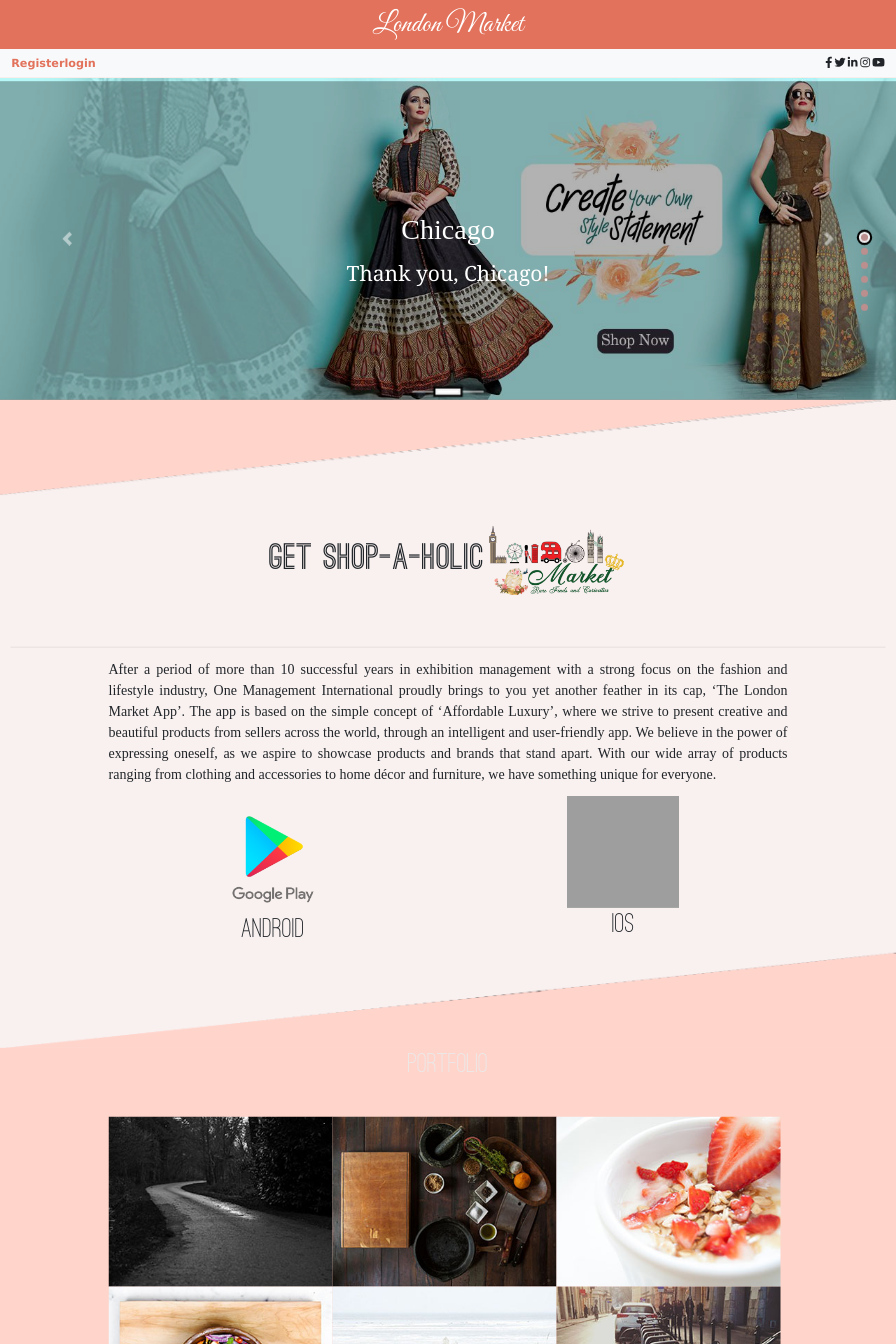
Repository: Demonster1999/newshoperrepo
Page: index.html
The author's editor kept a copy of each file at every save. The page is drawn from the files as they stood at one save, then again after a run of saves.
The browser window is 1280 px wide. The pictures show the part of the page from y = 0 to 1920 px (the page is 4088 px tall before and 4136 px after), at 70% of full size.
Pictures or frames that could not be fetched are drawn as grey boxes. Some web libraries are served in a nearby version.

Above is the page before, as saved 2020-07-21 13:17:30.
Console error: TypeError: Cannot read properties of null (reading 'getContext')

### index.html
<!DOCTYPE html>
<head>
	<meta charset="UTF-8">
	<title>London Market</title>
	<meta name="keywords" content="" />
	<meta name="description" content="" />
    <meta name="viewport" content="width=device-width, initial-scale=1.0">
    <!--
    	Roller Template
		http://www.london-market.com/preview/london-market_424_roller
	-->
	<link rel="stylesheet" href="https://fonts.googleapis.com/css2?family=Great+Vibes">
	<link href="http://fonts.googleapis.com/css?family=Open+Sans:300,400,700" rel="stylesheet" type="text/css">
	<!-- <link href="css/font-awesome.min.css" rel="stylesheet">FontAwesome Icons -->
	<link rel="stylesheet" href="https://cdnjs.cloudflare.com/ajax/libs/font-awesome/5.14.0/css/all.min.css"
		integrity="sha512-1PKOgIY59xJ8Co8+NE6FZ+LOAZKjy+KY8iq0G4B3CyeY6wYHN3yt9PW0XpSriVlkMXe40PTKnXrLnZ9+fkDaog=="
		crossorigin="anonymous" />
	<link rel="stylesheet" href="https://maxcdn.bootstrapcdn.com/bootstrap/4.0.0/css/bootstrap.min.css" integrity="sha384-Gn5384xqQ1aoWXA+058RXPxPg6fy4IWvTNh0E263XmFcJlSAwiGgFAW/dAiS6JXm" crossorigin="anonymous">
	<link rel="stylesheet" href="fonts/ostrich-sans.css">
	<link href="css/LondonMarket.css" rel="stylesheet" type="text/css">
	<link rel="stylesheet" href="css/into-to-app.css">
	<link rel="stylesheet" href="css/navbar.css">
	<link rel="stylesheet" href="css/carousel.css">

</head>
<body>
	<nav class="navbar custom-nav sticky-top p-0 m-0 ">
		<a class="navbar-brand mx-auto text-white" style="font-family: Great Vibes; font-size: 40px;" href="#">London Market</a>

	  </nav>

	<nav class="navbar third-nav navbar-expand-lg navbar-light bg-light">

		<button class="navbar-toggler navbar-toggler-icon" type="button" data-toggle="collapse" data-target="#navbarSupportedChontent"
			aria-controls="navbarSupportedContent" aria-expanded="false" aria-label="Toggle navigation">
			<span class=""></span>
		</button>


		<div class="collapse navbar-collapse" id="navbarSupportedContent">
			<ul class="navbar-nav mr-auto text-center">

				<li class="nav-item">
					<a class=" " href="#">Register</a>
				</li>
				<li class="nav-item ">
					<a class="" href="#">login</a>
				</li>


		</div>
		<div class="  mx-auto ">
			<!-- social icons  -->
			<button class="fab fa-facebook-f"></button>
			<button class="fab fa-twitter"></button>
			<button class="fab fa-linkedin-in"></button>
			<button class="fab fa-instagram"></button>
			<button class="fab fa-youtube"></button>
		</div>
	</nav>


	<!-- nav with dots  -->
	<nav class="nav">
        <ul>
            <li class="dot1 active" id="ec1" data-toggle="tooltip" data-placement="left" title="Tooltip on left"></li>
            <li class="dot2" id="ec2" data-toggle="tooltip" data-placement="left" title="Tooltip on left"></li>
            <li class="dot3" id="ec3"  data-toggle="tooltip" data-placement="left" title="Tooltip on left"></li>
			<li class="dot4" id="ec4"  data-toggle="tooltip" data-placement="left" title="Tooltip on left"></li>
			<li class="dot5" id="ec5"  data-toggle="tooltip" data-placement="left" title="Tooltip on left"></li>
			<li class="dot5" id="ec5"  data-toggle="tooltip" data-placement="left" title="Tooltip on left"></li>
        </ul>
    </nav>

		<section class="" id="home">
			<div id="demo" class="carousel slide" data-ride="carousel">
				<ul class="carousel-indicators">
					<li data-target="#demo" data-slide-to="0" class="active"></li>
					<li data-target="#demo" data-slide-to="1"></li>
					<li data-target="#demo" data-slide-to="2"></li>
					<!-- <li data-target="#demo" data-slide-to="3"></li> -->
				</ul>
				<div class="carousel-inner">
					<div class="carousel-item active">
						<img src="images/carousel/carousel1.jpg" alt="Los Angeles"   >
						<div class="carousel-caption">
							<h3>Los Angeles</h3>
							<p>We had such a great time in LA!</p>
						</div>
					</div>
					<div class="carousel-item">
						<img src="images/carousel/carousel4.jpg" alt="Chicago"  >
						<div class="carousel-caption">
							<h3>Chicago</h3>
							<p>Thank you, Chicago!</p>
						</div>
					</div>
					<div class="carousel-item">
						<img src="images/carousel/cp11.jpg" alt="Chicago" >
						<div class="carousel-caption">
							<h3>Chicago</h3>
							<p>Thank you, Chicago!</p>
						</div>
					</div>
					<!-- <div class="carousel-item">
						<img src="images/images/lmimages/Adobe_20200716_143015.png" alt="Chicago">
						<div class="carousel-caption">
							<h3>Chicago</h3>
							<p>Thank you, Chicago!</p>
						</div>
					</div> -->
					<!-- <div class="carousel-item">
						<img src="images/carousel/carousel3.jpg" alt="New York" class=" w-100" style="height: 300px; max-height: 500px;">
						<div class="carousel-caption">
							<h3>New York</h3>
							<p>We love the Big Apple!</p>
						</div>
					</div> -->
				</div>
				<a class="carousel-control-prev" href="#demo" data-slide="prev">
					<span class="carousel-control-prev-icon"></span>
				</a>
				<a class="carousel-control-next" href="#demo" data-slide="next">
					<span class="carousel-control-next-icon"></span>
				</a>
			</div>
		</section>

<section class=" intro-to-app container-fluid">
	<img src="images/tm-border-black-top.png" class="w-100 img-top" alt="">
	<div class="container-fluid text-center ">
		<h1 class="mx-auto i "> Get Shop-a-holic</h1>
		<img src="images/images/lmimages/lm.png" class="p-0 m-0" width=200px height="200px" alt="" >

		<hr>


		<div class="container ">
			<p class="lead text-justify">After a period of more than 10 successful years in exhibition management with a strong focus on the fashion and
			lifestyle industry, One Management International proudly brings to you yet another feather in its cap, ‘The London
			Market App’.
			The app is based on the simple concept of ‘Affordable Luxury’, where we strive to present creative and beautiful
			products from sellers across the world, through an intelligent and user-friendly app. We believe in the power of
			expressing oneself, as we aspire to showcase products and brands that stand apart. With our wide array of products
			ranging from clothing and accessories to home décor and furniture, we have something unique for everyone.
</p>
               <div class="row">
<div class="col-md-6 p-2 text-center">
	<a href="https://play.google.com/store/apps/details?id=com.prpwebs.londonmarket" class="h1"> <img src="images/logos/play store.png" class=" " width="160px" height="160px" alt="play">
		<center> Android</center>
	</a>
</div>
<div class="col-md-6 text-center">
	<a href="" class="h1"> <img src="images/logos/hiclipart.com.png" class=" " width="160px" height="160px" alt="app">
		<center>ios</center>
	</a>

</div>
			   </div>

		</div>
	</div>
	<img src="images/tm-border-black-bottom.png" class="w-100 imgbottom" alt="">
</section>





		<section class="tm-dark-bg tm-section" id="portfolio">
			<div class="container">
				<div class="row">
					<div class="col-lg-12 col-md-12 col-sm-12 col-xs-12 text-center">
						<h1 class="tm-light-gray-text text-center text-uppercase">Portfolio</h1>
						<div class="tm-portfolio-images-container margin-top-50">
							<div class="tm-image-container">
								<div class="tm-portfolio-image-overlay text-center">
									<div class="absolute-center">
										<a href="#" class="fa fa-search"></a>
										<h2 class="text-uppercase tm-white-text">Lorem</h2>
										<p class="text-uppercase">sagittis</p>
									</div>
								</div>
								<img src="images/portfolio/01.jpg" alt="Portfolio 1">
							</div>
							<div class="tm-image-container">
								<div class="tm-portfolio-image-overlay">
									<div class="absolute-center">
										<a href="#" class="fa fa-search"></a>
										<h2 class="text-uppercase tm-white-text">Dimperdiet</h2>
										<p class="text-uppercase">Aliquam</p>
									</div>
								</div>
								<img src="images/portfolio/02.jpg" alt="Portfolio 2">
							</div>
							<div class="tm-image-container">
								<div class="tm-portfolio-image-overlay">
									<div class="absolute-center">
										<a href="#" class="fa fa-search"></a>
										<h2 class="text-uppercase tm-white-text">Pellentesque</h2>
										<p class="text-uppercase">noemer</p>
									</div>
								</div>
								<img src="images/portfolio/03.jpg" alt="Portfolio 3">
							</div>
							<div class="tm-image-container">
								<div class="tm-portfolio-image-overlay">
									<div class="absolute-center">
										<a href="#" class="fa fa-search"></a>
										<h2 class="text-uppercase tm-white-text">Aenean</h2>
										<p class="text-uppercase">pharetra</p>
									</div>
								</div>
								<img src="images/portfolio/04.jpg" alt="Portfolio 4">
							</div>
							<div class="tm-image-container">
								<div class="tm-portfolio-image-overlay">
									<div class="absolute-center">
										<a href="#" class="fa fa-search"></a>
										<h2 class="text-uppercase tm-white-text">condimentum</h2>
										<p class="text-uppercase">libero</p>
									</div>
								</div>
								<img src="images/portfolio/05.jpg" alt="Portfolio 5">
							</div>
							<div class="tm-image-container">
								<div class="tm-portfolio-image-overlay">
									<div class="absolute-center">
										<a href="#" class="fa fa-search"></a>
										<h2 class="text-uppercase tm-white-text">nulla</h2>
										<p class="text-uppercase">consectetur</p>
									</div>
								</div>
								<img src="images/portfolio/06.jpg" alt="Portfolio 6">
							</div>
							<div class="tm-image-container tm-show-hide">
								<div class="tm-portfolio-image-overlay">
									<div class="absolute-center">
										<a href="#" class="fa fa-search"></a>
										<h2 class="text-uppercase tm-white-text">Rondimentum</h2>
										<p class="text-uppercase">Sdui</p>
									</div>
								</div>
								<img src="images/portfolio/07.jpg" alt="Portfolio 7">
							</div>
							<div class="tm-image-container tm-show-hide">
								<div class="tm-portfolio-image-overlay">
									<div class="absolute-center">
										<a href="#" class="fa fa-search"></a>
										<h2 class="text-uppercase tm-white-text">imperdiet</h2>
										<p class="text-uppercase">Raugue</p>
									</div>
								</div>
								<img src="images/portfolio/08.jpg" alt="Portfolio 8">
							</div>
							<div class="tm-image-container tm-show-hide">
								<div class="tm-portfolio-image-overlay">
									<div class="absolute-center">
										<a href="#" class="fa fa-search"></a>
										<h2 class="text-uppercase tm-white-text">blandit</h2>
										<p class="text-uppercase">Aliquam</p>
									</div>
								</div>
								<img src="images/portfolio/09.jpg" alt="Portfolio 9">
							</div>
							<div class="tm-image-container tm-show-hide">
								<div class="tm-portfolio-image-overlay">
									<div class="absolute-center">
										<a href="#" class="fa fa-search"></a>
										<h2 class="text-uppercase tm-white-text">Praesent</h2>
										<p class="text-uppercase">Aliquam</p>
									</div>
								</div>
								<img src="images/portfolio/10.jpg" alt="Portfolio 10">
							</div>
							<div class="tm-image-container tm-show-hide">
								<div class="tm-portfolio-image-overlay">
									<div class="absolute-center">
										<a href="#" class="fa fa-search"></a>
										<h2 class="text-uppercase tm-white-text">Dimperdiet</h2>
										<p class="text-uppercase">Aliquam</p>
									</div>
								</div>
								<img src="images/portfolio/11.jpg" alt="Portfolio 11">
							</div>
							<div class="tm-image-container tm-show-hide">
								<div class="tm-portfolio-image-overlay">
									<div class="absolute-center">
										<a href="#" class="fa fa-search"></a>
										<h2 class="text-uppercase tm-white-text">Dimperdiet</h2>
										<p class="text-uppercase">Aliquam</p>
									</div>
								</div>
								<img src="images/portfolio/12.jpg" alt="Portfolio 12">
							</div>
						</div>
						<a href="javascript:;" class="tm-view-more tm-light-gray-text margin-top-50 text-center text-uppercase">View More</a>
					</div>
				</div>
			</div>
		</section> <!-- portfolio -->
		<section class="tm-section bg-white" id="testimonials" >
			<img src="images/tm-border-black-top.png" alt="Border" class="tm-border">
			<div class="container">
				<h1 class="text-uppercase text-center">Testimonials</h1>
				<div class="text-center margin-top-50 tm-testimonial-images-container">
					<div class="img-container">
						<div class="tm-img-circle-border absolute-center" data-comment="Sed velit elit, ornare cursus ex ac, tempor viverra mi. Vestibulum tincidunt egestas tellus, vel pharetra ante tincidunt sit amet. Vestibulum vitae velit eget metus interdum interdum." data-author="Jennifer Ves Tin" id="author1">
							<img src="images/testimonials/1.jpg" alt="Testimonial 1" class="img-circle tm-img-testimonial">
						</div>
					</div>
					<div class="img-container">
						<div class="tm-img-circle-border absolute-center" data-comment="Morbi posuere metus quam, vitae tempus nulla vehicula eu. Etiam vitae nunc faucibus, iaculis tellus eu, molestie turpis. Nam quis consequat leo. Nulla ac erat in libero porta commodo. Phasellus fringilla pharetra ullamcorper." data-author="Alicia Nulla Act" id="author2">
							<img src="images/testimonials/2.jpg" alt="Testimonial 2" class="img-circle tm-img-testimonial">
						</div>
					</div>
					<div class="img-container">
						<div class="tm-img-circle-border absolute-center active" data-comment="Suspendisse a maximus sem. Pellentesque consequat finibus metus a varius. Morbi placerat suscipit mi, in tincidunt ligula lobortis porttitor. Mauris mollis, ex sit amet sagittis elementum, tellus quam vestibulum ex, vitae cursus massa tortor et tortor." data-author="Dacilisis Luctus" id="author3">
							<img src="images/testimonials/3.jpg" alt="Testimonial 3" class="img-circle tm-img-testimonial">
						</div>

					</div>
					<div class="img-container">
						<div class="tm-img-circle-border absolute-center" data-comment="Donec laoreet nisl vel nisi posuere tempus quis at tortor. Curabitur egestas elementum est sit amet gravida. Quisque maximus diam eu turpis malesuada, in interdum massa efficitur. Vestibulum blandit pellentesque ipsum a fermentum. Duis id rutrum leo." data-author="Jessica Nisi Vel" id="author4">
							<img src="images/testimonials/4.jpg" alt="Testimonial 4" class="img-circle tm-img-testimonial">
						</div>
					</div>
					<div class="img-container">
						<div class="tm-img-circle-border absolute-center" data-comment="Integer aliquam nibh nulla, id elementum purus tempus quis. Etiam eu massa condimentum, consectetur turpis et, semper diam. Vivamus mauris ipsum, bibendum non tempor nec, ultricies a leo. Fusce eu efficitur diam. Praesent vel mi viverra leo finibus maximus sed in ipsum." data-author="Malicia Viva Fusce" id="author5">
							<img src="images/testimonials/5.jpg" alt="Testimonial 5" class="img-circle tm-img-testimonial">
						</div>
					</div>
				</div>
				<p class="text-center margin-top-50 tm-comment"><em>This is a place holder for different description text.</em></p>
				<p class="text-uppercase text-center tm-author tm-orange-text">Author Name</p>
				<hr class="tm-author-name-underline">
			</div>
		</section> <!-- testimonials -->
		<section class="tm-section tm-orange-bg" id="contact" >
			<img src="images/tm-border-white-top.png" alt="Border" class="tm-border">
			<div class="container">
				<h1 class="text-uppercase text-center">Contact Us</h1>
				<p class="text-center margin-top-50">Phasellus sed rutrum quam. Aenean mollis nec metus quis fringilla. Aliquam interdum risus quis sem rhoncus, vel iaculis lorem pulvinar. Maecenas in lorem non quam bibendum auctor vel lobortis sem.</p>
				<div class="row margin-top-50">
					<div class="col-lg-6 col-md-6 col-sm-6 col-xs-12">
						<div id="map-canvas"></div>
					</div>
					<div class="col-lg-6 col-md-6 col-sm-6 col-xs-12">
						<form action="#" method="post" class="tm-contact-form">
							<div class="form-group">
								<input type="text" id="contact_name" class="form-control" placeholder="NAME..." />
							</div>
							<div class="form-group">
								<input type="text" id="contact_email" class="form-control" placeholder="EMAIL..." />
							</div>
							<div class="form-group">
								<input type="text" id="contact_subject" class="form-control" placeholder="SUBJECT..." />
							</div>
							<div class="form-group">
								<textarea id="contact_message" class="form-control" rows="8" placeholder="WRITE A MESSAGE..."></textarea>
							</div>
							<button type="submit" class="btn text-uppercase tm-dark-bg tm-orange-text tm-send-btn">Send</button>
						</form>
					</div>
				</div>
			</div>
			<img src="images/tm-border-black-bottom.png" alt="Border" class="tm-border">
		</section> <!-- contact -->


	<footer class="text-right tm-dark-bg">
		<p class="text-uppercase container small">Copyright &copy; 2084 <a href="#">Company Name</a></p>
	</footer>
	<script src="js/jquery-1.11.1.min.js" ></script>
	<!-- <script src="https://code.jquery.com/jquery-3.5.1.min.js"
		integrity="sha256-9/aliU8dGd2tb6OSsuzixeV4y/faTqgFtohetphbbj0=" crossorigin="anonymous"></script> -->
		<script src="https://cdnjs.cloudflare.com/ajax/libs/font-awesome/5.14.0/js/all.min.js"
			integrity="sha512-YSdqvJoZr83hj76AIVdOcvLWYMWzy6sJyIMic2aQz5kh2bPTd9dzY3NtdeEAzPp/PhgZqr4aJObB3ym/vsItMg=="
			crossorigin="anonymous"></script>
<script src="https://cdnjs.cloudflare.com/ajax/libs/popper.js/1.12.9/umd/popper.min.js" integrity="sha384-ApNbgh9B+Y1QKtv3Rn7W3mgPxhU9K/ScQsAP7hUibX39j7fakFPskvXusvfa0b4Q" crossorigin="anonymous"></script>
<script src="https://maxcdn.bootstrapcdn.com/bootstrap/4.0.0/js/bootstrap.min.js" integrity="sha384-JZR6Spejh4U02d8jOt6vLEHfe/JQGiRRSQQxSfFWpi1MquVdAyjUar5+76PVCmYl" crossorigin="anonymous"></script>
	<script src="js/LondonMarket.js"></script>
	<script src="js/scrollnav.js"></script>
</body>
</html>

### css/navbar.css
.custom-nav {
    background-color: #e2725b;

}
.custom-nav {
    color: #fff;
    font-size: 25px;

}

/* thirdnav  */
.third-nav a{
    color: black;
    font-family: 'Lucida Sans', 'Lucida Sans Regular', 'Lucida Grande', 'Lucida Sans Unicode', Geneva, Verdana, sans-serif;
    font-weight: bold;
    color: #e2725b;
}
.third-nav ul li{

    m-2
}
/* thirdnav end  */

.nav {
    position: fixed;
    top: 45%;
    bottom: 30%;
    right: 0;
	width: 60px;
	z-index: 50;
}

.nav ul {
	list-style: none;
}


.nav li {
    width: 10px;
	height: 10px;
	margin: 10px;
    border-radius: 100%;
    background-color: rosybrown;
    cursor: pointer;
    transition: .5s;
}

.dot1 {
    background-color: rgb(82, 43, 43);
}

.dot2 {
    background-color: rgb(24, 73, 44);
}

.dot3 {
    background-color: rgb(73, 58, 204);
}

.dot4 {
    background-color: rgb(58, 70, 31);
}

.active {
    box-shadow: 0 0 0 3px #fffffff1, 0 0 0 6px #000;
}

Loaded but not shown: fonts/ostrich-sans.css (common file); js/jquery-1.11.1.min.js (library); js/LondonMarket.js (359 lines, source omitted); js/scrollnav.js (48 lines, source omitted); css/LondonMarket.css (433 lines, source omitted); css/carousel.css (37 lines, source omitted); css/into-to-app.css (35 lines, source omitted)

After the next 3 saves:
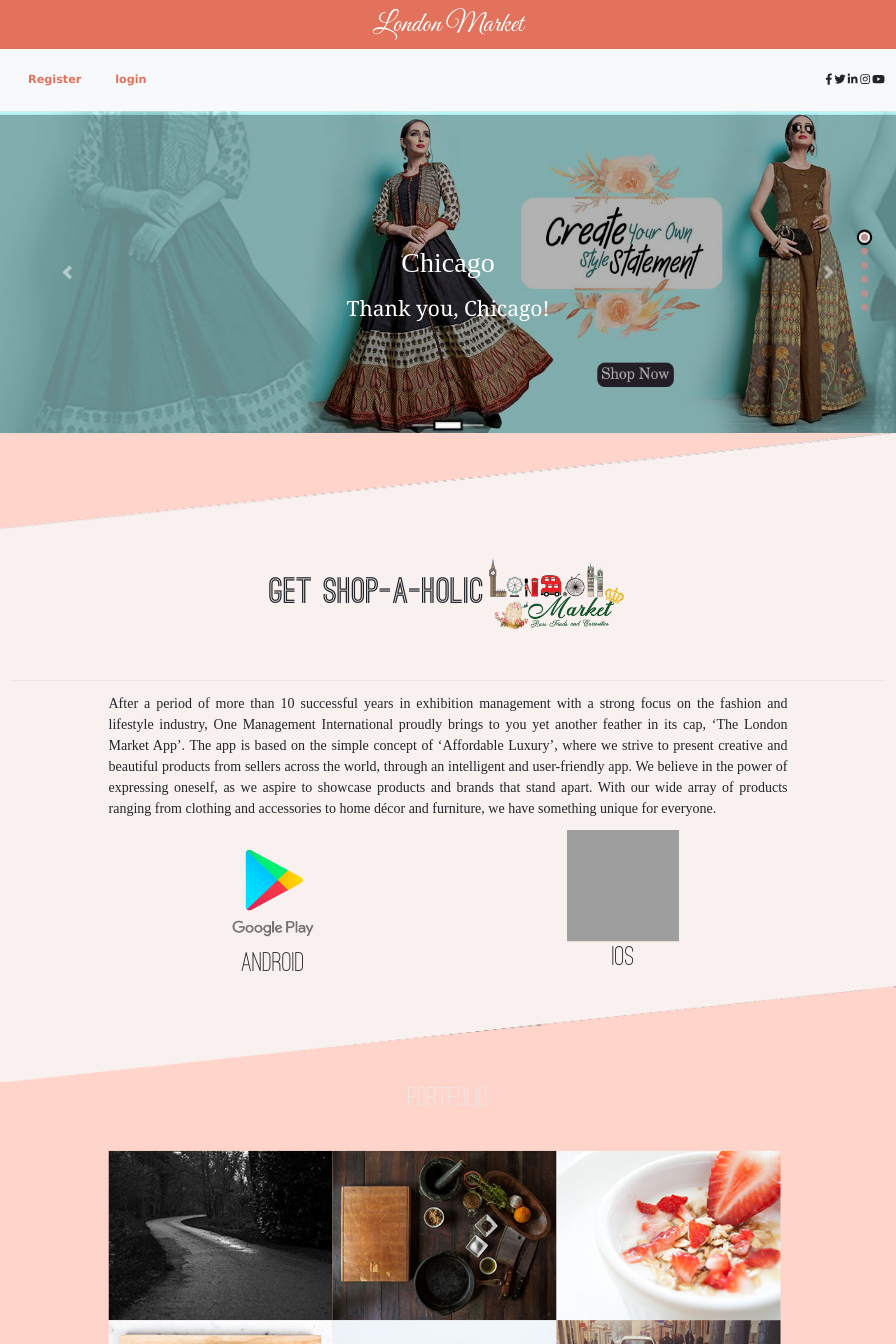
The 3 saves are shown as one change because they came seconds apart.
The last was saved 9 s later.
--- a/css/navbar.css
+++ b/css/navbar.css
@@ -16,8 +16,7 @@
     color: #e2725b;
 }
 .third-nav ul li{
-
-    m-2
+    margin: 20%;
 }
 /* thirdnav end  */
 

After the save that followed:
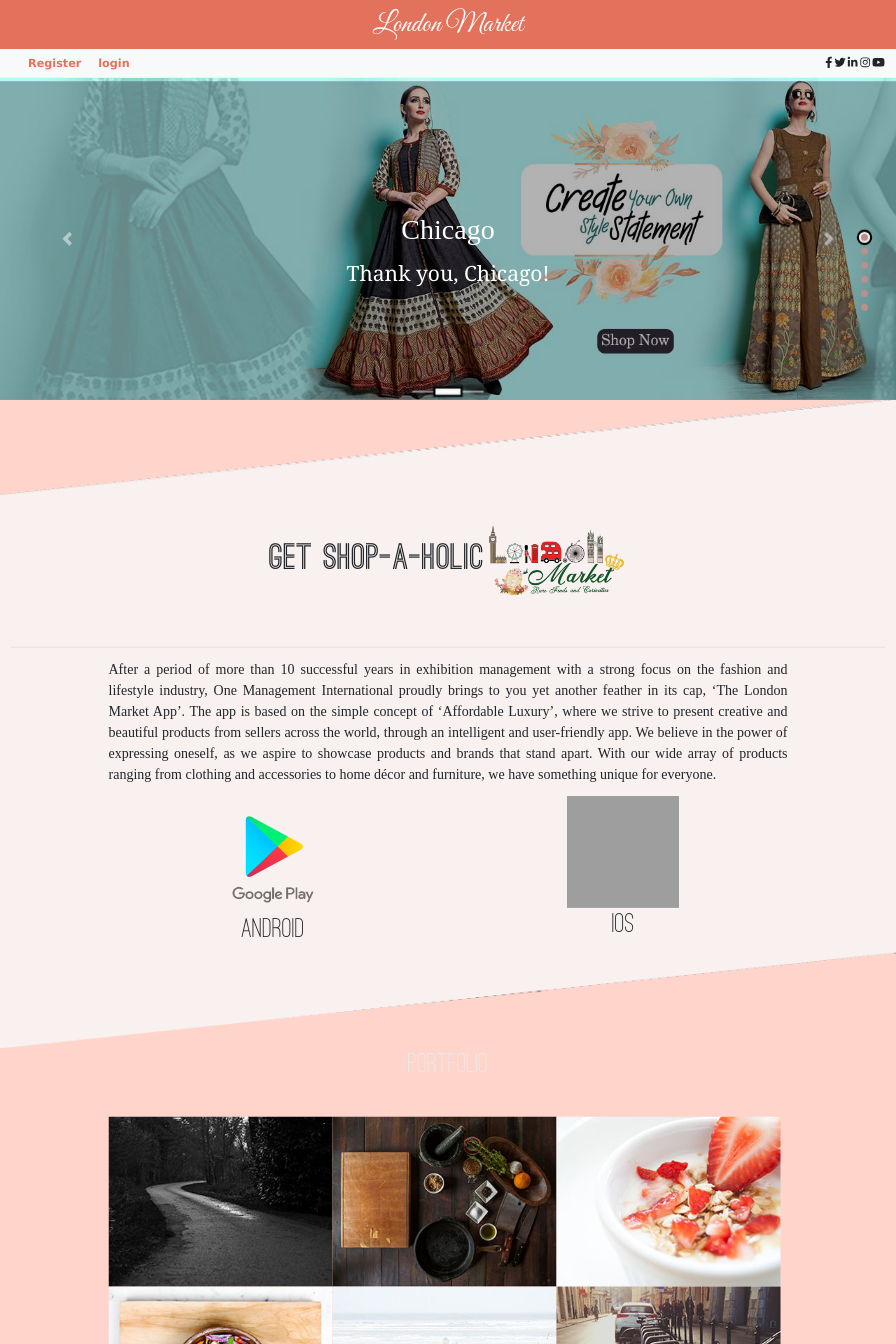
Saved 16 s later.
--- a/css/navbar.css
+++ b/css/navbar.css
@@ -16,7 +16,7 @@
     color: #e2725b;
 }
 .third-nav ul li{
-    margin: 20%;
+    margin-left: 20%;
 }
 /* thirdnav end  */
 
